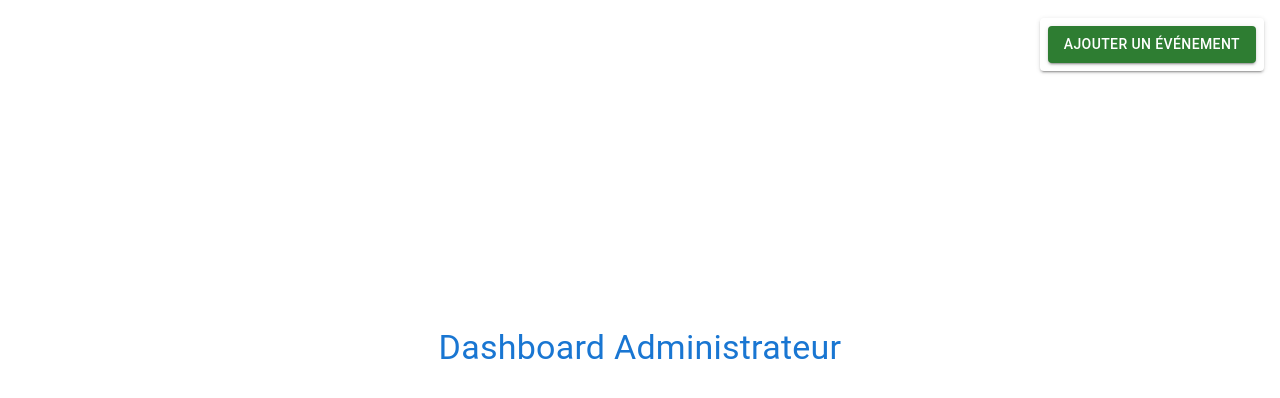
Repository: clement-chn/challenge-48h
Page: /dashboard (app in front/)
An editor plug-in stored every save of this project. The page is shown before and after the next save, followed by the edit.
The browser window is 1280 px wide. The pictures show the whole page.
The project was rebuilt for these pictures with package versions that can differ from the ones it lists, and the page was loaded fresh each time. Also part of the build but not shown: front/vite.config.js.

Above is the page before, as saved 2025-04-03 11:58:21.

### front/src/App.jsx
import './App.css'
import { BrowserRouter as Router, Routes, Route, Navigate } from 'react-router-dom'
import Connexion from './Routes/connexion.jsx'
import Dashboard from './Routes/dashboard.jsx'
import Inscription from './Routes/inscriptions.jsx'

function App() {
  return (
    <>
      <Router>
        <div className="min-h-screen bg-gray-50 text-gray-900">

          <Routes>
            <Route path="/" element={<Connexion />} />
            <Route path="/dashboard" element={<Dashboard />} />
            <Route path="/inscription" element={<Inscription />} />
            <Route path="*" element={<Navigate to="/" />} />
          </Routes>
        </div>
      </Router>
    </>
  )
}

export default App

### front/src/Routes/connexion.jsx
const Connexion = () => {



}

export default Connexion;

### front/src/Routes/dashboard.jsx
import React, { useState } from 'react';
import { Button, Typography, Box, Card, CardContent, IconButton } from '@mui/material';
import EditIcon from '@mui/icons-material/Edit';
import DeleteIcon from '@mui/icons-material/Delete';
import ModalCreeEvent from '../Components/ModalCreeEvent'; // Import du nouveau composant

const AdminDashboard = () => {
  const [open, setOpen] = useState(false);
  const [events, setEvents] = useState([]); // Liste des événements
  const [eventData, setEventData] = useState({
    title: '',
    date: '',
    description: '',
  });

  // Ouvrir et fermer la modal
  const handleOpen = () => setOpen(true);
  const handleClose = () => {
    setOpen(false);
    setEventData({ title: '', date: '', description: '' }); // Réinitialiser le formulaire
  };

  // Gérer les changements dans le formulaire
  const handleChange = (e) => {
    setEventData({ ...eventData, [e.target.name]: e.target.value });
  };

  // Ajouter un nouvel événement
  const handleSubmit = (e) => {
    e.preventDefault();
    setEvents([...events, { ...eventData, id: Date.now() }]); // Ajoute l'événement avec un ID unique
    handleClose();
  };

  // Supprimer un événement
  const handleDelete = (id) => {
    setEvents(events.filter(event => event.id !== id));
  };

  return (
    <Box sx={{ p: 3 }}>
      {/* Conteneur pour positionner le bouton */}
      <Box sx={{ position: 'absolute', top: 18, right: 16, borderRadius: 1, boxShadow: 2, p: 1 }}>
        <Button variant="contained" color="success" onClick={handleOpen}> {/* Changement de la couleur en vert */}
          Ajouter un événement
        </Button>
      </Box>

      <Typography variant="h4" color="primary" sx={{ mb: 3, textAlign: 'center' }}>
        Dashboard Administrateur
      </Typography>

      {/* Liste des événements */}
      {events.map((event) => (
        <Card key={event.id} sx={{ mb: 2, p: 2, display: 'flex', justifyContent: 'space-between', alignItems: 'center' }}>
          <CardContent>
            <Typography variant="subtitle2" color="textSecondary">
              {event.date}
            </Typography>
            <Typography variant="h6">{event.title}</Typography>
            <Typography variant="body2" color="textSecondary">
              {event.description}
            </Typography>
          </CardContent>
          {/* Boutons Modifier & Supprimer */}
          <Box>
            <IconButton color="primary">
              <EditIcon />
            </IconButton>
            <IconButton color="error" onClick={() => handleDelete(event.id)}>
              <DeleteIcon />
            </IconButton>
          </Box>
        </Card>
      ))}

      {/* Utilisation du composant ModalCreeEvent */}
      <ModalCreeEvent
        open={open}
        handleClose={handleClose}
        handleSubmit={handleSubmit}
        handleChange={handleChange}
        eventData={eventData}
      />
    </Box>
  );
};

export default AdminDashboard;

### front/src/Routes/inscriptions.jsx
const Inscription = () => {



}

export default Inscription;

### front/src/Components/ModalCreeEvent.jsx
import React from 'react';
import { Box, Typography, Modal, TextField, Button } from '@mui/material';

const ModalCreeEvent = ({ open, handleClose, handleSubmit, handleChange, eventData }) => {
  return (
    <Modal open={open} onClose={handleClose} aria-labelledby="modal-title">
      <Box
        sx={{
          position: 'absolute',
          top: '50%',
          left: '50%',
          transform: 'translate(-50%, -50%)',
          width: 400,
          bgcolor: 'background.paper',
          boxShadow: 24,
          p: 4,
          borderRadius: 2,
        }}
      >
        <Typography id="modal-title" variant="h6" sx={{ mb: 2 }}>
          Créer un nouvel événement
        </Typography>

        {/* Formulaire */}
        <form onSubmit={handleSubmit}>
          <TextField
            label="Titre de l'événement"
            name="title"
            fullWidth
            required
            margin="dense"
            value={eventData.title}
            onChange={handleChange}
          />
          <TextField
            label="Date"
            type="date"
            name="date"
            fullWidth
            required
            margin="dense"
            InputLabelProps={{ shrink: true }}
            value={eventData.date}
            onChange={handleChange}
          />
          <TextField
            label="Description"
            name="description"
            fullWidth
            multiline
            rows={3}
            margin="dense"
            value={eventData.description}
            onChange={handleChange}
          />

          <Box sx={{ display: 'flex', justifyContent: 'space-between', mt: 3 }}>
            <Button variant="contained" color="error" onClick={handleClose}>
              Annuler
            </Button>
            <Button variant="contained" color="primary" type="submit">
              Créer
            </Button>
          </Box>
        </form>
      </Box>
    </Modal>
  );
};

export default ModalCreeEvent;

Loaded but not shown: front/index.html (common file); front/src/main.jsx (common file); front/src/index.css (common file); front/src/App.css (common file)

After the next save:
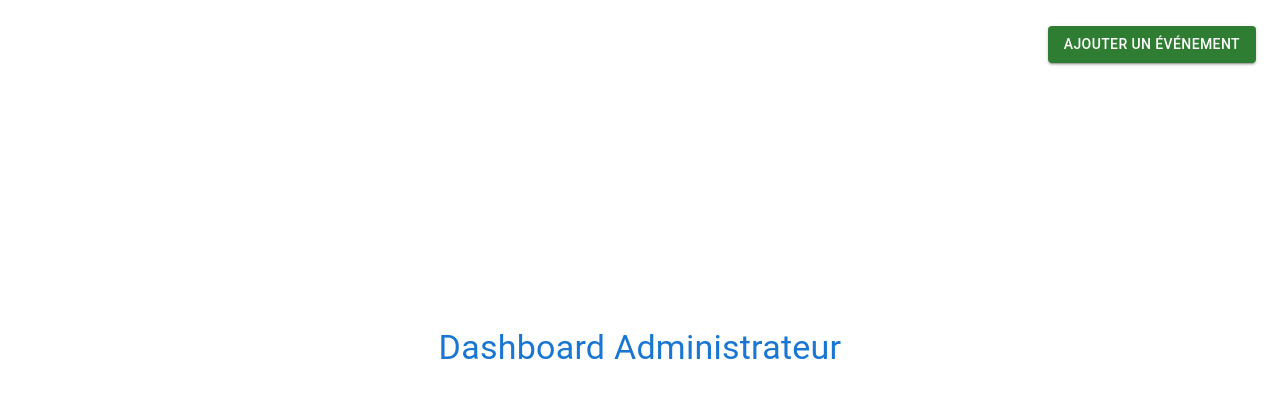
Saved 19 s later.
--- a/front/src/Routes/dashboard.jsx
+++ b/front/src/Routes/dashboard.jsx
@@ -40,7 +40,7 @@ const AdminDashboard = () => {
   return (
     <Box sx={{ p: 3 }}>
       {/* Conteneur pour positionner le bouton */}
-      <Box sx={{ position: 'absolute', top: 18, right: 16, borderRadius: 1, boxShadow: 2, p: 1 }}>
+      <Box sx={{ position: 'absolute', top: 18, right: 16, borderRadius: 1,  p: 1 }}>
         <Button variant="contained" color="success" onClick={handleOpen}> {/* Changement de la couleur en vert */}
           Ajouter un événement
         </Button>
